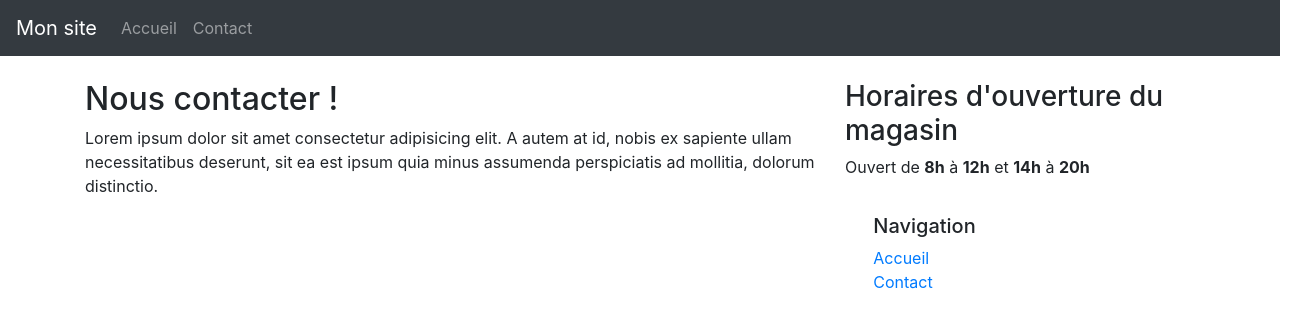
Repository: Alex-Serky/Backend_PHP
Page: http://localhost/contact.php
An editor plug-in stored every save of this project. The page is shown before and after the next save, followed by the edit.
The browser window is 1280 px wide. The page is 1295 px wide, so the pictures cover 1295 px, including what lies to the right of the window. The pictures show the whole page.
Some web libraries are served in a nearby version. The page is run by PHP 8.4 with error messages shown; the project is at /var/www/html/.

Above is the page before, as saved 2020-07-20 19:45:06.

After the next save:
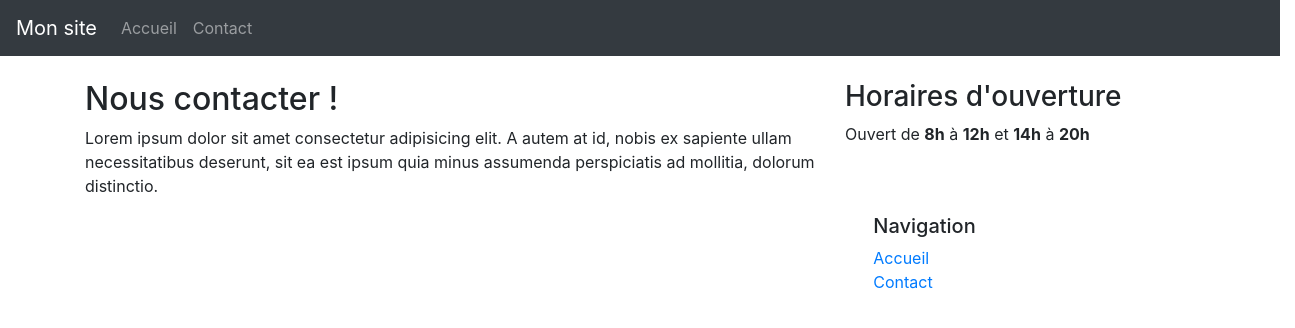
Saved 27 s later.
--- a/contact.php
+++ b/contact.php
@@ -18,7 +18,7 @@ require 'header.php';
         </p>
     </div>
     <div class="col-md-4">
-        <h3>Horaires d'ouverture du magasin</h3>
+        <h3>Horaires d'ouverture</h3>
         <?= $creneaux ?>
     </div>
 
